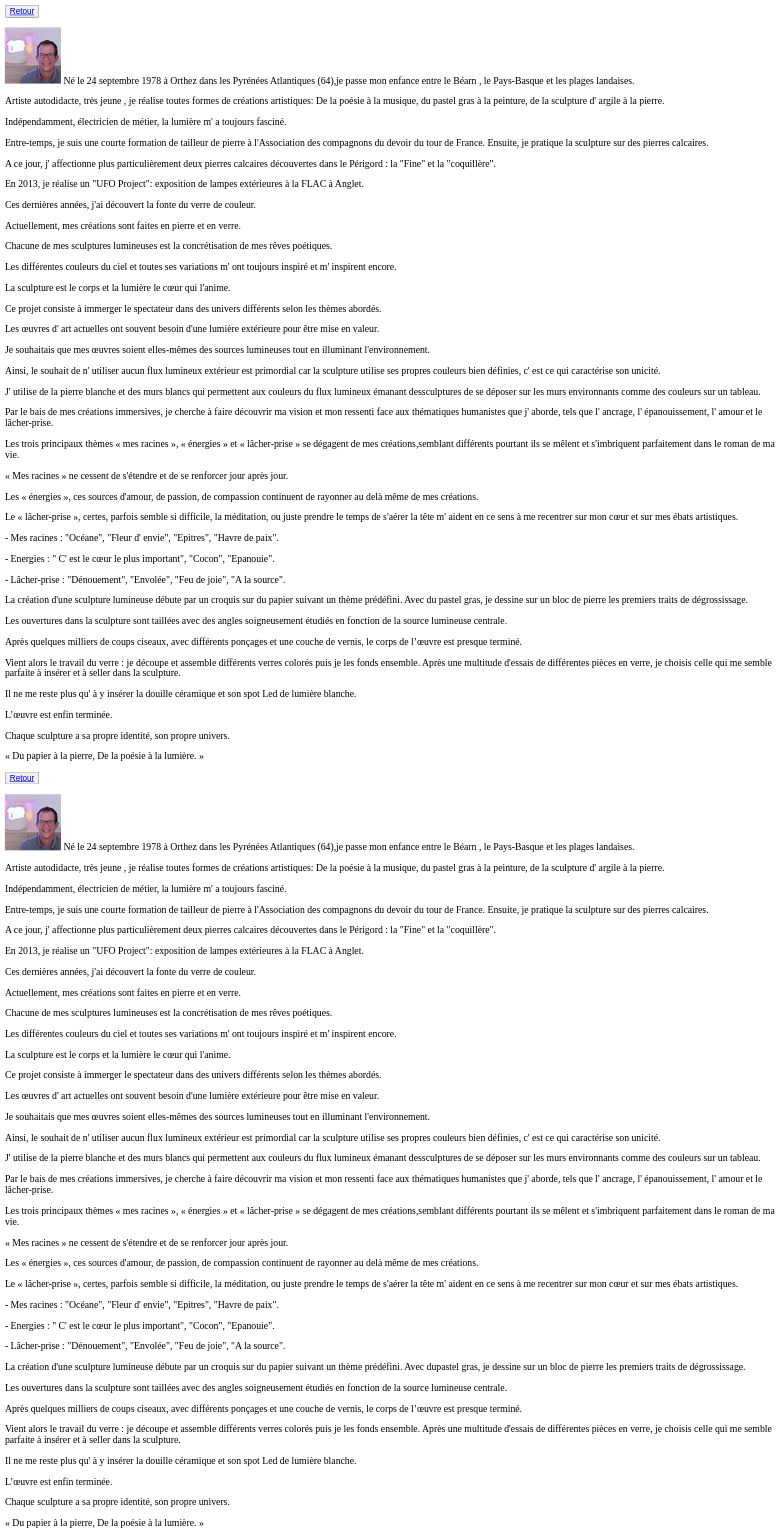
Repository: lysianebo/EricBidart
Page: presentation_more.html
These files come from the project's save history. The page is drawn as it stood at one moment and after the next save; the edit follows.
The browser window is 1280 px wide. The pictures show the whole page, at 61% of full size.

Above is the page before, as saved 2023-10-29 07:55:33.

After the next save:
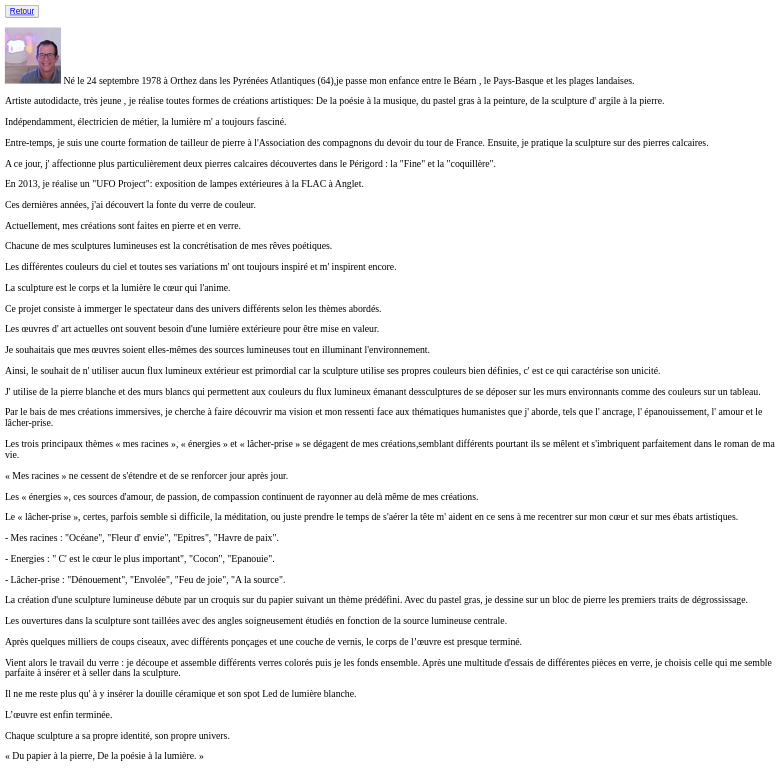
Saved 7 s later.
--- a/presentation_more.html
+++ b/presentation_more.html
@@ -49,7 +49,6 @@
             et à seller dans la sculpture.</p>
         <p>Il ne me reste plus qu' à y insérer la douille céramique et son spot Led de lumière blanche.</p>
         <p> L’œuvre est enfin terminée.</p>
-
         <p> Chaque sculpture a sa propre identité, son propre univers.</p>
 
         <p> « Du papier à la pierre, De la poésie à la lumière. »</p>
@@ -58,64 +57,3 @@
     </div>
 </body>
 </html>
-<!DOCTYPE html>
-<html lang="en">
-<head>
-    <meta charset="UTF-8">
-    <meta name="viewport" content="width=device-width, initial-scale=1.0">
-    <title>Document</title>
-    <link rel="stylesheet" href="public/css/style.css">
-</head>
-<body>
-    <button class="back-button"><a href="presentation.html">Retour</a></button>
-    <div class="hidden" id="presentation-content">
-        <p class="text"><img src="public/images/happy_moi.jpeg" alt=""> Né le 24 septembre 1978 à Orthez dans les Pyrénées Atlantiques (64),je passe mon enfance entre le Béarn , le Pays-Basque et les plages landaises.</p>
-        <p> Artiste autodidacte, très jeune , je réalise toutes formes de créations artistiques: De la poésie à la musique, du pastel gras à la peinture, de la sculpture d' argile à la pierre.</p>
-        <p> Indépendamment, électricien de métier, la lumière m' a toujours fasciné.</p>
-        <p> Entre-temps, je suis une courte formation de tailleur de pierre à l'Association des compagnons du devoir du
-            tour de France. Ensuite, je pratique la sculpture sur des pierres calcaires.</p>
-        <p> A ce jour, j' affectionne plus particulièrement deux pierres calcaires découvertes dans le Périgord : la
-            "Fine" et la "coquillère".</p>
-        <p> En 2013, je réalise un "UFO Project": exposition de lampes extérieures à la FLAC à Anglet.</p>
-        <p> Ces dernières années, j'ai découvert la fonte du verre de couleur.</p>
-        <p> Actuellement, mes créations sont faites en pierre et en verre.</p>
-        <p>Chacune de mes sculptures lumineuses est la concrétisation de mes rêves poétiques.</p>
-    </div>
-    <div class="hidden" id="demarche-content">
-        <p>Les différentes couleurs du ciel et toutes ses variations m' ont toujours inspiré et m' inspirent encore.
-        <p>La sculpture est le corps et la lumière le cœur qui l'anime.</p>
-        Ce projet consiste à immerger le spectateur dans des univers différents selon les thèmes abordés.
-        <p>Les œuvres d' art actuelles ont souvent besoin d'une lumière extérieure pour être mise en valeur.</p>
-        <p>Je souhaitais que mes œuvres soient elles-mêmes des sources lumineuses tout en illuminant l'environnement.</p>
-        <p>Ainsi, le souhait de n' utiliser aucun flux lumineux extérieur est primordial car la sculpture utilise ses propres couleurs bien définies, c' est ce qui caractérise son unicité.</p>
-        <p>J' utilise de la pierre blanche et des murs blancs qui permettent aux couleurs du flux lumineux émanant dessculptures de se déposer sur les murs environnants comme des couleurs sur un tableau.</p>
-        <p>Par le bais de mes créations immersives, je cherche à faire découvrir ma vision et mon ressenti face aux thématiques humanistes que j' aborde, tels que l' ancrage, l' épanouissement, l' amour et le lâcher-prise.</p>
-        <p>Les trois principaux thèmes « mes racines », « énergies » et « lâcher-prise » se dégagent de mes créations,semblant différents pourtant ils se mêlent et s'imbriquent parfaitement dans le roman de ma vie.</p>
-        <p>« Mes racines » ne cessent de s'étendre et de se renforcer jour après jour.</p>
-        <p>Les « énergies », ces sources d'amour, de passion, de compassion continuent de rayonner au delà même de mes créations.</p>
-        <p>Le « lâcher-prise », certes, parfois semble si difficile, la méditation, ou juste prendre le temps de s'aérer la tête m' aident en ce sens à me recentrer sur mon cœur et sur mes ébats artistiques.</p>
-        <p>- Mes racines : "Océane", "Fleur d' envie", "Epitres", "Havre de paix".</p>
-        <p>- Energies : " C' est le cœur le plus important", "Cocon", "Epanouie".</p>
-        <p>- Lâcher-prise : "Dénouement", "Envolée", "Feu de joie", "A la source".</p>
-    </div>
-    <div class="hidden" id="technique-content">
-        <p>La création d'une sculpture lumineuse débute par un croquis sur du papier suivant un thème prédéfini. Avec dupastel gras, je dessine sur un bloc de pierre les premiers traits de dégrossissage. </p>
-        <p>Les ouvertures dans la sculpture sont taillées avec des angles soigneusement étudiés en fonction de la source
-            lumineuse centrale.</p>
-        <p>Après quelques milliers de coups ciseaux, avec différents ponçages et une couche de vernis,
-            le corps de l’œuvre est presque terminé.</p>
-        <p> Vient alors le travail du verre : je découpe et assemble différents verres colorés puis je les fonds ensemble.
-            Après une multitude d'essais de différentes pièces en verre, je choisis celle qui me semble parfaite à insérer
-            et à seller dans la sculpture.</p>
-        <p>Il ne me reste plus qu' à y insérer la douille céramique et son spot Led de lumière blanche.</p>
-        </p>
-        <p> L’œuvre est enfin terminée.</p>
-
-        <p> Chaque sculpture a sa propre identité, son propre univers.</p>
-
-        <p> « Du papier à la pierre, De la poésie à la lumière. »</p>
-    </div>
-
-    </div>
-</body>
-</html>
